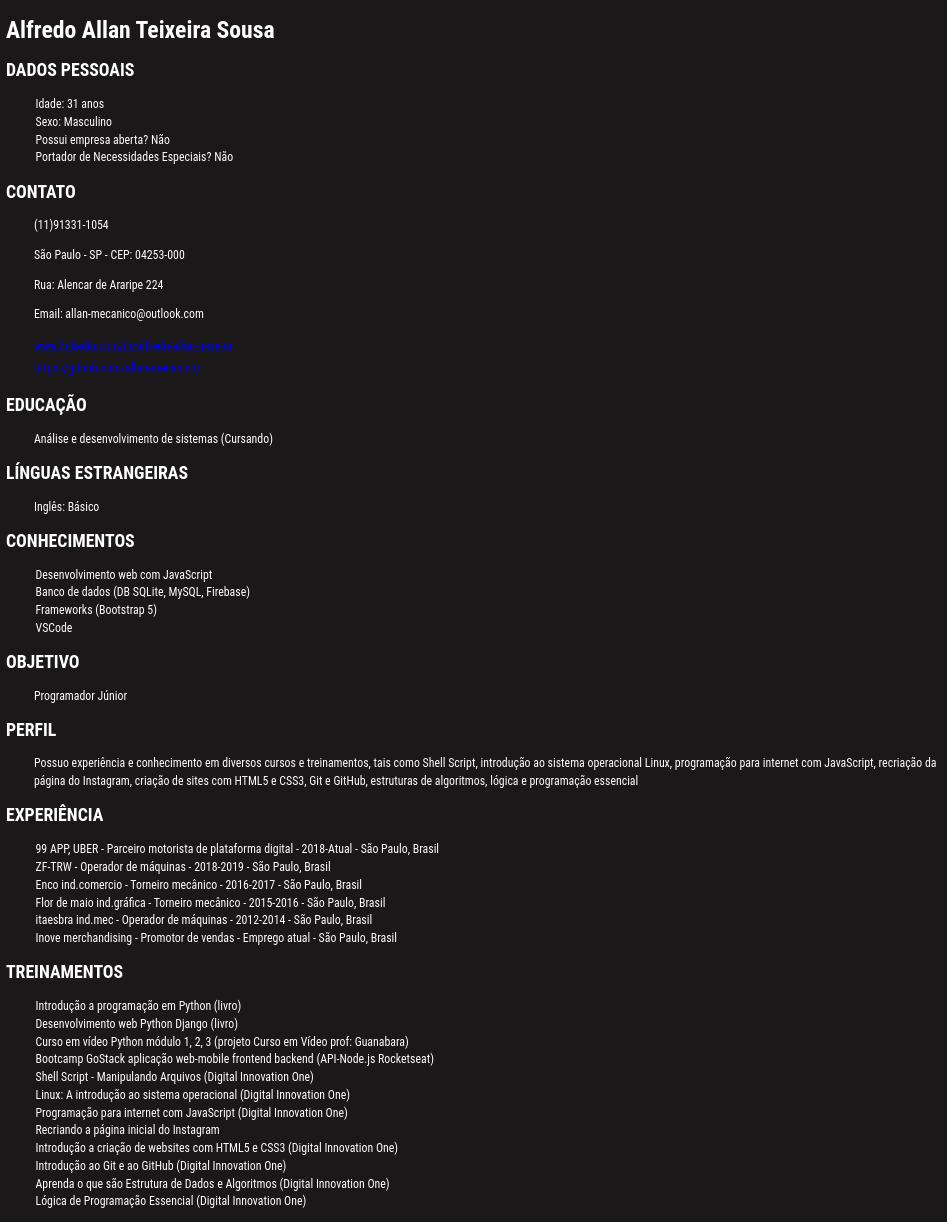
Repository: alfredo-allan/Portfolio
Page: curriculo.html
These files come from the project's save history. The page is drawn as it stood at one moment and after the next save; the edit follows.
The browser window is 1280 px wide. The pictures show the whole page, at 74% of full size.

Above is the page before, as saved 2024-03-20 15:25:17.

### curriculo.html
<!DOCTYPE html>
<html lang="pt-BR">

<head>
	<meta charset="UTF-8">
	<meta name="viewport" content="width=device-width, initial-scale=1.0">
	<link rel="stylesheet" href="./src/assets/styles/curriculo.css" />

	<title>Alfredo Allan Teixeira Sousa</title>
</head>

<body>
  <h1 id="nome">Alfredo Allan Teixeira Sousa</h1>

	<h2>DADOS PESSOAIS</h1>
	<ul>
		<li>Idade: 31 anos</li>
		<li>Sexo: Masculino</li>
		<li>Possui empresa aberta? Não</li>
		<li>Portador de Necessidades Especiais? Não</li>
	</ul>

	<h2>CONTATO</h2>
	<p>(11)91331-1054</p>
	<p>São Paulo - SP - CEP: 04253-000</p>
	<p>Rua: Alencar de Araripe 224</p>
	<p>Email: allan-mecanico@outlook.com</p>

	<a href="www.linkedin.com/in/alfredo-allan-teixeira-ba2701149/">www.linkedin.com/in/alfredo-allan-teixeira</a>
	<br>
	<a href="https://github.com/allan-mecanico/">https://github.com/allan-mecanico/</a>

	<h2>EDUCAÇÃO</h2>
	<p>Análise e desenvolvimento de sistemas (Cursando)</p>

	<h2>LÍNGUAS ESTRANGEIRAS</h2>
	<p>Inglês: Básico</p>

	<h2>CONHECIMENTOS</h2>
	<ul>
		<li>Desenvolvimento web com JavaScript</li>
		<li>Banco de dados (DB SQLite, MySQL, Firebase)</li>
		<li>Frameworks (Bootstrap 5)</li>
		<li>VSCode</li>
	</ul>

	<h2>OBJETIVO</h2>
	<p>Programador Júnior</p>

	<h2>PERFIL</h2>
	<p>Possuo experiência e conhecimento em diversos cursos e treinamentos, tais como Shell Script, introdução ao sistema
		operacional Linux, programação para internet com JavaScript, recriação da página do Instagram, criação de sites com
		HTML5 e CSS3, Git e GitHub, estruturas de algoritmos, lógica e programação essencial</p>

	<h2>EXPERIÊNCIA</h2>
	<ul>
		<li>99 APP, UBER - Parceiro motorista de plataforma digital - 2018-Atual - São Paulo, Brasil</li>
		<li>ZF-TRW - Operador de máquinas - 2018-2019 - São Paulo, Brasil</li>
		<li>Enco ind.comercio - Torneiro mecânico - 2016-2017 - São Paulo, Brasil</li>
		<li>Flor de maio ind.gráfica - Torneiro mecânico - 2015-2016 - São Paulo, Brasil</li>
		<li>itaesbra ind.mec - Operador de máquinas - 2012-2014 - São Paulo, Brasil</li>
		<li>Inove merchandising - Promotor de vendas - Emprego atual - São Paulo, Brasil</li>
	</ul>

	<h2>TREINAMENTOS</h2>
	<ul>
		<li>Introdução a programação em Python (livro)</li>
		<li>Desenvolvimento web Python Django (livro)</li>
		<li>Curso em vídeo Python módulo 1, 2, 3 (projeto Curso em Vídeo prof: Guanabara)</li>
		<li>Bootcamp GoStack aplicação web-mobile frontend backend (API-Node.js Rocketseat)</li>
		<li>Shell Script - Manipulando Arquivos (Digital Innovation One)</li>
		<li>Linux: A introdução ao sistema operacional (Digital Innovation One)</li>
		<li>Programação para internet com JavaScript (Digital Innovation One)</li>
		<li>Recriando a página inicial do Instagram</li>
		<li>Introdução a criação de websites com HTML5 e CSS3 (Digital Innovation One)</li>
		<li>Introdução ao Git e ao GitHub (Digital Innovation One)</li>
		<li>Aprenda o que são Estrutura de Dados e Algoritmos (Digital Innovation One)</li>
		<li>Lógica de Programação Essencial (Digital Innovation One)</li>
	</ul>

</body>

</html>

### src/assets/styles/curriculo.css
:root {
	--roboto-condensed: "Roboto Condensed", sans-serif;

}

body {
	font-family: var(--roboto-condensed);
	color:white;
	background-color: rgb(26, 24, 24);
	ul {
		li{
				list-style: none;
				line-height: 1.5;
	}
}
	p {
		list-style: none;
		line-height: 1.5;
		margin-left: 3%;
	}
	a {
				margin-left: 3%;
				line-height: 1.9;
	}
}

nome {
	font-weight: 900;
	line-height: 2.2;
}

After the next save:
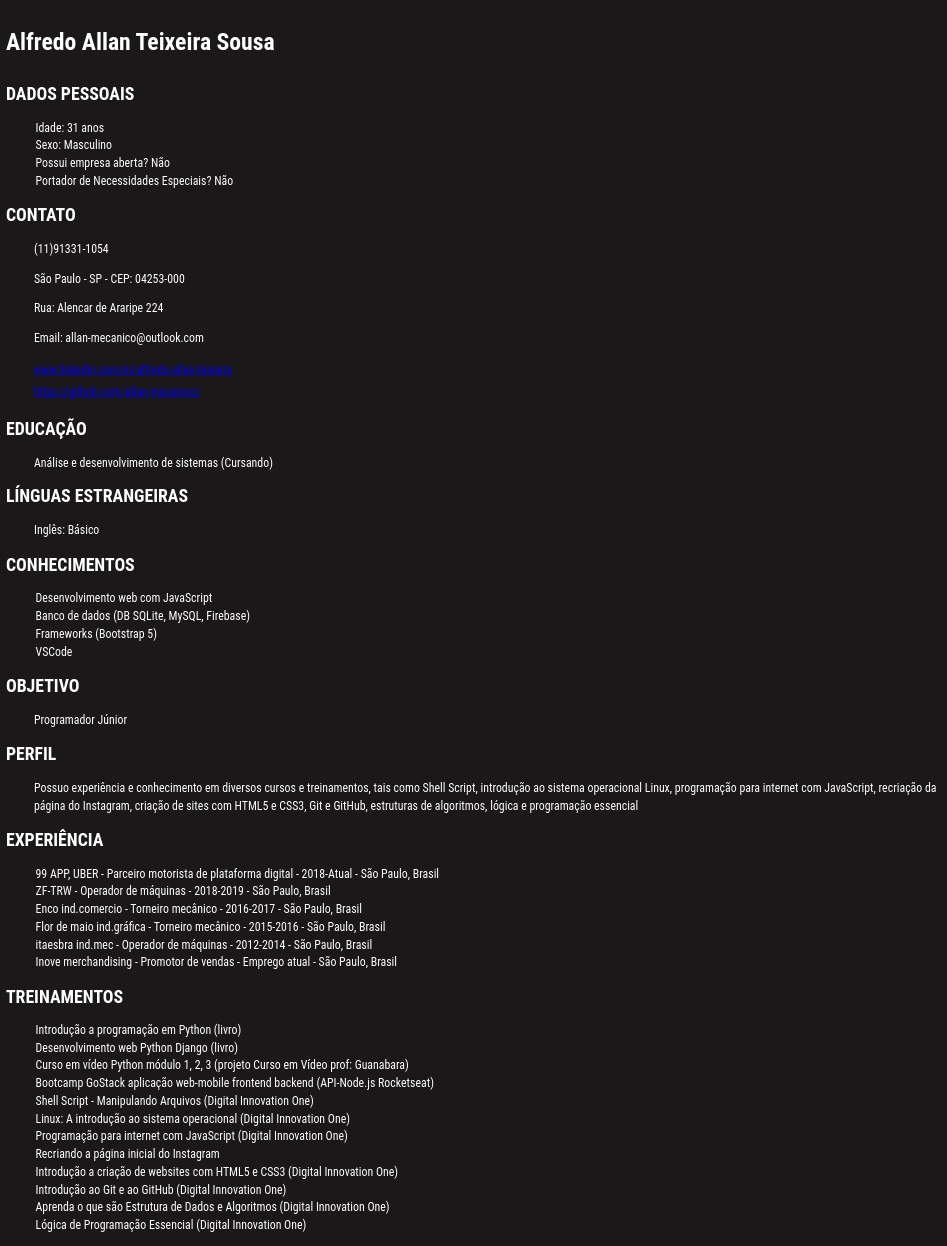
Saved 18 s later.
--- a/src/assets/styles/curriculo.css
+++ b/src/assets/styles/curriculo.css
@@ -24,7 +24,7 @@ body {
 	}
 }
 
-nome {
+#nome {
 	font-weight: 900;
 	line-height: 2.2;
 }
